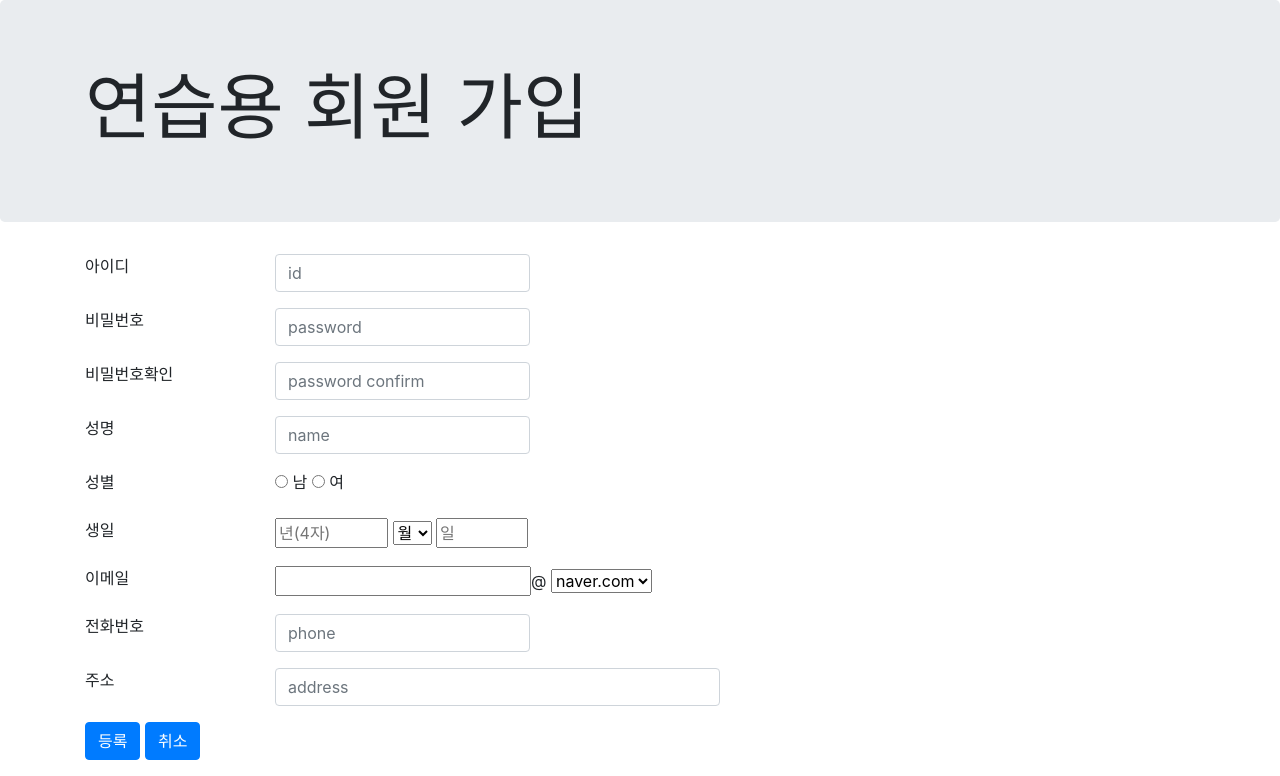
Repository: hodob/JSP_Practice
Page: http://localhost/JSP_WebMarket_JJH/ch06_ex/sign_up.jsp
An editor plug-in stored every save of this project. The page is shown before and after the next save, followed by the edit.
The browser window is 1280 px wide. The pictures show the whole page.
The page is served by Tomcat 9. Other server files are loaded and not shown.

Above is the page before, as saved 2022-08-10 07:46:33.

### JSP_WebMarket_JJH/WebContent/ch06_ex/sign_up.jsp
<%@ page contentType="text/html; charset=utf-8"%>
<%@ taglib prefix="c" uri="http://java.sun.com/jsp/jstl/core"%>
<html>
<head>
<link rel="stylesheet" href="../resources/css/bootstrap.min.css" />
<script type="text/javascript">
	function checkForm() {
		if (!document.newMember.id.value) {
			alert("아이디를 입력하세요.");
			return false;
		}

		if (!document.newMember.password.value) {
			alert("비밀번호를 입력하세요.");
			return false;
		}

		if (document.newMember.password.value != document.newMember.password_confirm.value) {
			alert("비밀번호를 동일하게 입력하세요.");
			return false;
		}
	}
</script>
<title>회원 가입</title>
</head>
<body>
	<div class="jumbotron">
		<div class="container">
			<h1 class="display-3">연습용 회원 가입</h1>
		</div>
	</div>

	<div class="container">
		<form name="newMember" class="form-horizontal"  action="process_sign_up.jsp" method="post" onsubmit="return checkForm()">
			<div class="form-group  row">
				<label class="col-sm-2 ">아이디</label>
				<div class="col-sm-3">
					<input name="id" type="text" class="form-control" placeholder="id" >
				</div>
			</div>
			<div class="form-group  row">
				<label class="col-sm-2">비밀번호</label>
				<div class="col-sm-3">
					<input name="password" type="text" class="form-control" placeholder="password" >
				</div>
			</div>
			<div class="form-group  row">
				<label class="col-sm-2">비밀번호확인</label>
				<div class="col-sm-3">
					<input name="password_confirm" type="text" class="form-control" placeholder="password confirm" >
				</div>
			</div>
			<div class="form-group  row">
				<label class="col-sm-2">성명</label>
				<div class="col-sm-3">
					<input name="name" type="text" class="form-control" placeholder="name" >
				</div>
			</div>
			<div class="form-group  row">
				<label class="col-sm-2">성별</label>
				<div class="col-sm-10">
					<input name="gender" type="radio" value="남" /> 남
					<input name="gender" type="radio" value="여" /> 여
				</div>
			</div>
			<div class="form-group row">
				<label class="col-sm-2">생일</label>
				<div class="col-sm-4  ">
					<input type="text" name="birthyy" maxlength="4" placeholder="년(4자)" size="6">
					<select name="birthmm">
						<option value="">월</option>
						<option value="01">1</option>
						<option value="02">2</option>
						<option value="03">3</option>
						<option value="04">4</option>
						<option value="05">5</option>
						<option value="06">6</option>
						<option value="07">7</option>
						<option value="08">8</option>
						<option value="09">9</option>
						<option value="10">10</option>
						<option value="11">11</option>
						<option value="12">12</option>
					</select> <input type="text" name="birthdd" maxlength="2" placeholder="일" size="4">
				</div>
			</div>
			<div class="form-group  row ">
				<label class="col-sm-2">이메일</label>
				<div class="col-sm-10">
					<input type="text" name="mail1" maxlength="50">@
					<select name="mail2">
						<option>naver.com</option>
						<option>daum.net</option>
						<option>gmail.com</option>
						<option>nate.com</option>
					</select>
				</div>
			</div>
			<div class="form-group  row">
				<label class="col-sm-2">전화번호</label>
				<div class="col-sm-3">
					<input name="phone" type="text" class="form-control" placeholder="phone" >

				</div>
			</div>
			<div class="form-group  row">
				<label class="col-sm-2 ">주소</label>
				<div class="col-sm-5">
					<input name="address" type="text" class="form-control" placeholder="address">

				</div>
			</div>
			<div class="form-group  row">
				<div class="col-sm-offset-2 col-sm-10 ">
					<input type="submit" class="btn btn-primary " value="등록 " >
					<input type="reset" class="btn btn-primary " value="취소 " onclick="reset()" >
				</div>
			</div>
		</form>
	</div>
</body>
</html>

Loaded but not shown: JSP_WebMarket_JJH/WebContent/resources/css/bootstrap.min.css (library)

After the next save:
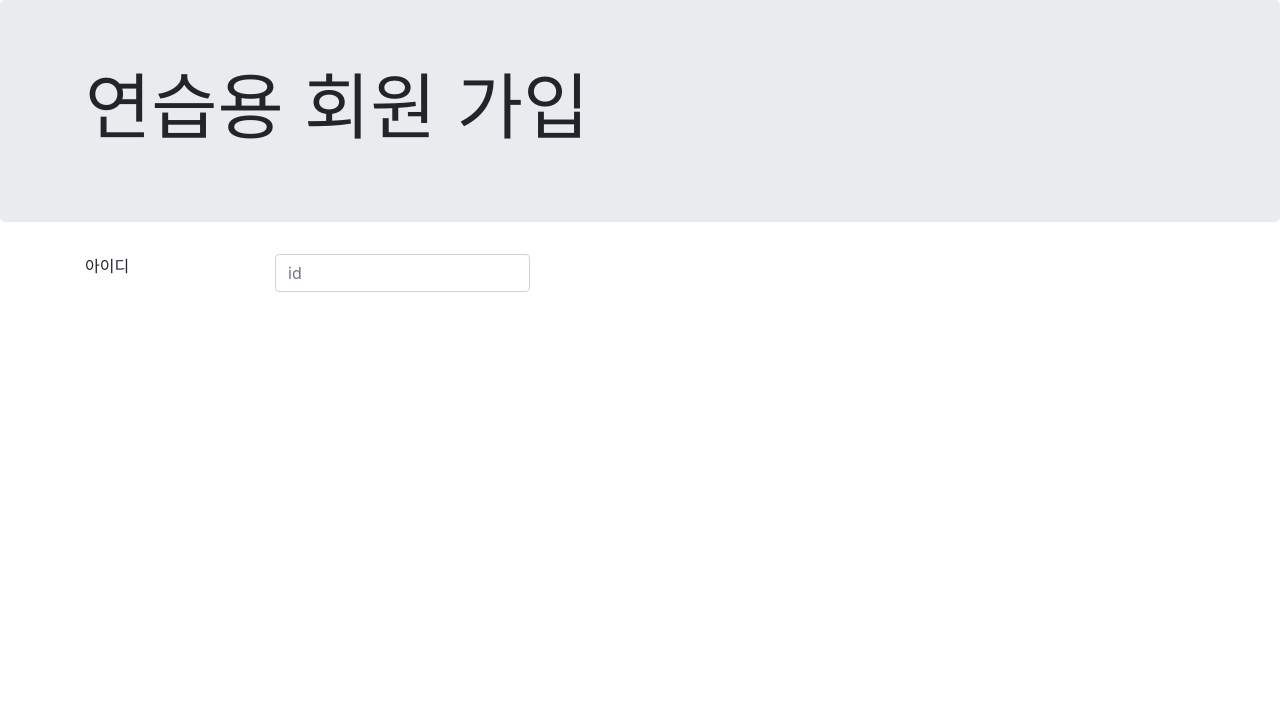
Saved 2 min 49 s later.
--- a/JSP_WebMarket_JJH/WebContent/ch06_ex/sign_up.jsp
+++ b/JSP_WebMarket_JJH/WebContent/ch06_ex/sign_up.jsp
@@ -38,84 +38,6 @@
 					<input name="id" type="text" class="form-control" placeholder="id" >
 				</div>
 			</div>
-			<div class="form-group  row">
-				<label class="col-sm-2">비밀번호</label>
-				<div class="col-sm-3">
-					<input name="password" type="text" class="form-control" placeholder="password" >
-				</div>
-			</div>
-			<div class="form-group  row">
-				<label class="col-sm-2">비밀번호확인</label>
-				<div class="col-sm-3">
-					<input name="password_confirm" type="text" class="form-control" placeholder="password confirm" >
-				</div>
-			</div>
-			<div class="form-group  row">
-				<label class="col-sm-2">성명</label>
-				<div class="col-sm-3">
-					<input name="name" type="text" class="form-control" placeholder="name" >
-				</div>
-			</div>
-			<div class="form-group  row">
-				<label class="col-sm-2">성별</label>
-				<div class="col-sm-10">
-					<input name="gender" type="radio" value="남" /> 남
-					<input name="gender" type="radio" value="여" /> 여
-				</div>
-			</div>
-			<div class="form-group row">
-				<label class="col-sm-2">생일</label>
-				<div class="col-sm-4  ">
-					<input type="text" name="birthyy" maxlength="4" placeholder="년(4자)" size="6">
-					<select name="birthmm">
-						<option value="">월</option>
-						<option value="01">1</option>
-						<option value="02">2</option>
-						<option value="03">3</option>
-						<option value="04">4</option>
-						<option value="05">5</option>
-						<option value="06">6</option>
-						<option value="07">7</option>
-						<option value="08">8</option>
-						<option value="09">9</option>
-						<option value="10">10</option>
-						<option value="11">11</option>
-						<option value="12">12</option>
-					</select> <input type="text" name="birthdd" maxlength="2" placeholder="일" size="4">
-				</div>
-			</div>
-			<div class="form-group  row ">
-				<label class="col-sm-2">이메일</label>
-				<div class="col-sm-10">
-					<input type="text" name="mail1" maxlength="50">@
-					<select name="mail2">
-						<option>naver.com</option>
-						<option>daum.net</option>
-						<option>gmail.com</option>
-						<option>nate.com</option>
-					</select>
-				</div>
-			</div>
-			<div class="form-group  row">
-				<label class="col-sm-2">전화번호</label>
-				<div class="col-sm-3">
-					<input name="phone" type="text" class="form-control" placeholder="phone" >
-
-				</div>
-			</div>
-			<div class="form-group  row">
-				<label class="col-sm-2 ">주소</label>
-				<div class="col-sm-5">
-					<input name="address" type="text" class="form-control" placeholder="address">
-
-				</div>
-			</div>
-			<div class="form-group  row">
-				<div class="col-sm-offset-2 col-sm-10 ">
-					<input type="submit" class="btn btn-primary " value="등록 " >
-					<input type="reset" class="btn btn-primary " value="취소 " onclick="reset()" >
-				</div>
-			</div>
 		</form>
 	</div>
 </body>
